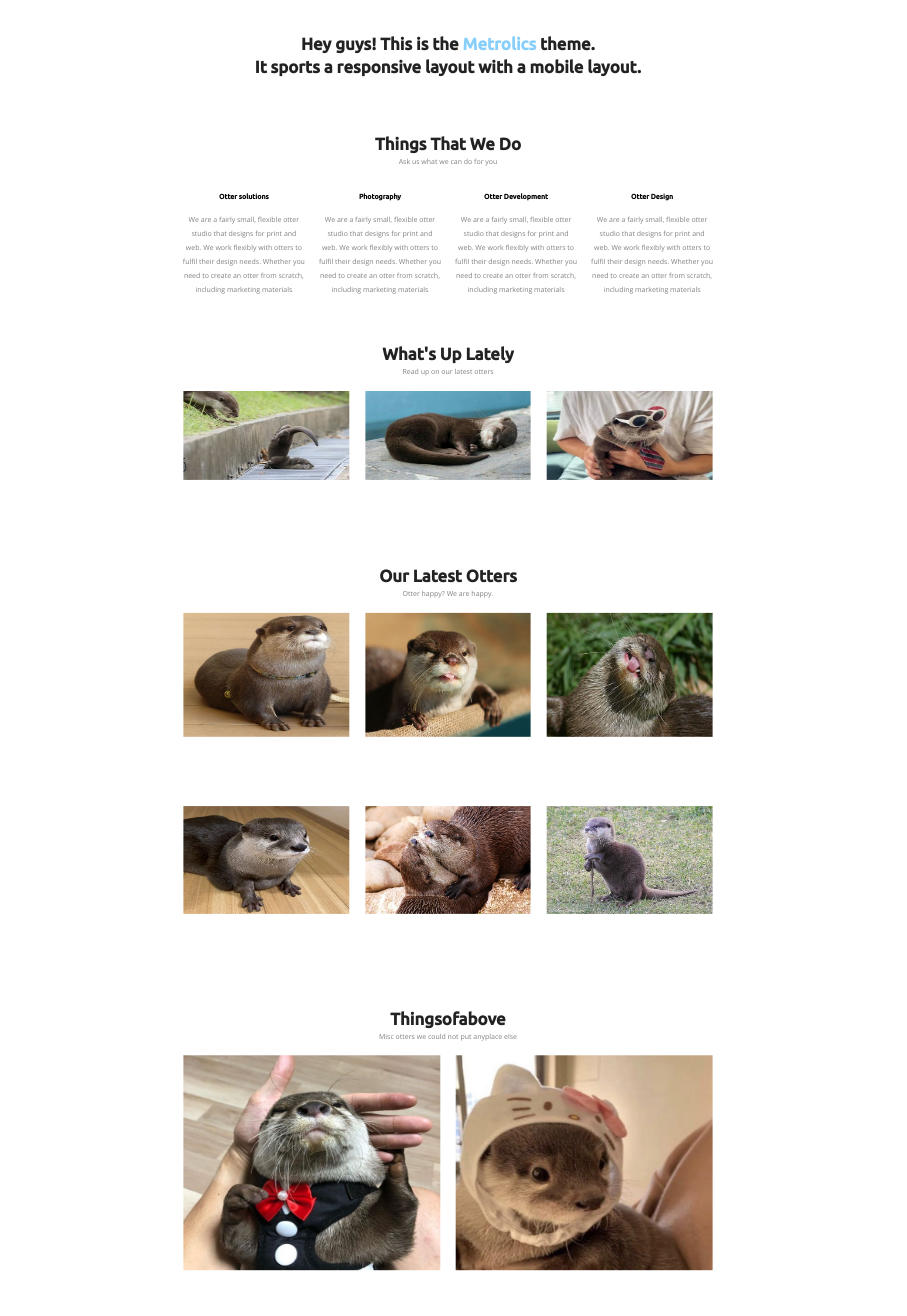
Repository: kennyharman/Marlowe_Kenny_Lab_02B
Page: index.html
These files come from the project's save history. The page is drawn as it stood at one moment and after the next save; the edit follows.
The browser window is 1280 px wide. The page is 1296 px wide, so the pictures cover 1296 px, including what lies to the right of the window. The pictures show the part of the page from y = 472 to 2352 px (the page is 2774 px tall), at 70% of full size.

Above is the page before, as saved 2024-02-08 19:02:44.

### index.html
<!doctype html>
<html class="no-js" lang="EN">

<head>
  <meta charset="utf-8">
  <meta name="viewport" content="width=device-width, initial-scale=1">
  <title></title>
  <link rel="stylesheet" href="css/style.css">
  <link href="https://fonts.googleapis.com/css2?family=Open+Sans:ital,wght@0,400;0,700;1,400&family=Ubuntu:ital,wght@0,300;0,500;1,300&display=swap" rel="stylesheet">
  <meta name="description" content="">

  <meta property="og:title" content="Metrolics page">
  <meta property="og:type" content="website">
  <meta property="og:url" content="http://localhost:8888/metrolics/">

  <link rel="icon" href="/favicon.ico" sizes="any">
  <link rel="icon" href="/icon.svg" type="image/svg+xml">
  <link rel="apple-touch-icon" href="icon.png">

  <link rel="manifest" href="site.webmanifest">
  <meta name="theme-color" content="#fafafa">
</head>

<body class="page">
  <script src="js/app.js"></script>

<header class="page__header">
  <div class="row m-col-2 l-col-2 menu">
    <div class="col header__menu-logo">
      <h1>Metrolics</h1>
    </div>
    <div class="col header__menu-nav">
      Home
      Pages
      Blog
      Portfolio
      Home
    </div>
</header>

<main>
  <div class="page__banner">
    <div class="col banner-header">
      <img src="images/pink_otter.jpg">
      <ul class="listed-items">
        <li>Metro Style</li>
        <li>Retina Ready</li>
        <li>Responsive Design</li>
      </ul>
    </div>
  </div>
  <div class="page__section">
    <div class="row header">
      <div class="col header-text">
        <h2>Hey guys! This is the <span class="text__color-change">Metrolics</span> theme.<br/>It sports a responsive layout with a mobile layout.</h2>
      </div>
    </div>
  </div>

  <div class="section-services">
    <div class="row m-col-2 l-col-4">
      <div class="col m-row-span l-row-span heading">
        <h3>Things That We Do</h3>
        <p>Ask us what we can do for you</p>
      </div>
      <div class="col services-card">
        <h4>Otter solutions</h4>
        We are a fairly small, flexible otter studio that designs for print and web. We work flexibly with otters to fulfil their design needs. Whether you need to create an otter from scratch, including marketing materials
      </div>
      <div class="col services-card">
        <h4>Photography</h4>
        We are a fairly small, flexible otter studio that designs for print and web. We work flexibly with otters to fulfil their design needs. Whether you need to create an otter from scratch, including marketing materials
      </div>
      <div class="col services-card">
        <h4>Otter Development</h4>
        We are a fairly small, flexible otter studio that designs for print and web. We work flexibly with otters to fulfil their design needs. Whether you need to create an otter from scratch, including marketing materials
      </div>
      <div class="col services-card">
        <h4>Otter Design</h4>
        We are a fairly small, flexible otter studio that designs for print and web. We work flexibly with otters to fulfil their design needs. Whether you need to create an otter from scratch, including marketing materials
      </div>
    </div>
  </div>
    </div>
  </div>

  <div class="section-work">
    <div class="row m-col-2 l-col-3">
      <div class="col m-row-span l-row-span heading">
        <h3>What's Up Lately</h3>
        <p>Read up on our latest otters</p>
      </div>
      <div class="col m-row-span image">
        <img src="images/otter7.jpg" alt="Otter Fall">
      </div>
      <div class="col image">
        <img src="images/otter8.jpg" alt="Sleepy Otter">
      </div>
      <div class="col image">
        <img src="images/otter9.jpg" alt="Madi the Otter">
      </div>
    </div>
  </div>

  <div class="section-projects">
    <div class="row m-col-2 l-col-3">
      <div class="col m-row-span l-row-span heading">
        <h3>Our Latest Otters</h3>
        <p>Otter happy? We are happy.</p>
      </div>
      <div class="col image">
        <img src="images/otter1.jpg" alt="Curious Otter">
      </div>
      <div class="col image">
        <img src="images/otter2.jpg" alt="Teasing Otter">
      </div>
      <div class="col image">
        <img src="images/otter3.jpg" alt="Otter Playing Dead">
      </div>
      <div class="col image">
        <img src="images/otter4.jpg" alt="Pondering Otter">
      </div>
      <div class="col image">
        <img src="images/otter5.jpg" alt="Loving Otters">
      </div>
      <div class="col image">
        <img src="images/otter6.jpg" alt="Wise Otter">
      </div>
    </div>
  </div>

  <div class="section-misc">
    <div class="row l-col-2">
      <div class="col l-row-span heading">
        <h3>Thingsofabove</h3>
        <p>Misc otters we could not put anyplace else</p>
      </div>
      <div class="col misc-content">
        <img src="images/otter10.jpg" alt="Snazzy Otter">
      </div>
      <div class="col misc-content">
        <img src="images/otter11.jpg" alt="Hello Kitty Otter">
      </div>
    </div>
  </div>

  <div class="section-affiliates">
    <div class="row m-col-5 l-col-5">
      <div class="col affiliates-card">
        <img src="images/otter12.jpg" alt="Otter Hug">
      </div>
      <div class="col affiliates-card">
        <img src="images/otter13.jpg" alt="Otter Stretch">
      </div>
      <div class="col affiliates-card">
        <img src="images/otter14.jpg" alt="Surprised Otter">
      </div>
      <div class="col affiliates-card">
        <img src="images/otter15.jpg" alt="Otter Bath">
      </div>
      <div class="col affiliates-card">
        <img src="images/otter16.jpg" alt="Otter Bear">
      </div>
    </div>
  </div>
</main>
<footer class="page__footer">
  <div class="row m-col-2 l-col-4 footer">
    <div class="col m-row-span l-row-span footer-heading">
      <h3>Peewee Herman</h3>
      <p>Peewee has over 10 years experience in the industry. He is our Creative Director, digital designer, web designer and front-end developer. He is also pretty good with a sketchbook. Before starting the company Peewee worked as a designer and studio manager for a design house who boasted a number of big name clients.</p>
    </div>
    <div class="col footer-item">
      <h3>About Us</h3>
    </div>
    <div class="col footer-item">
      <h3>Flickr Photos</h3>
    </div>
    <div class="col footer-item">
      <h3>Recent Tweets</h3>
    </div>
    <div class="col footer-item">
      <h3>Newsletter</h3>
    </div>
  </div>
</footer>
</body>

### css/style.css
/*! HTML5 Boilerplate v9.0.0-RC1 | MIT License | https://html5boilerplate.com/ */

/* main.css 3.0.0 | MIT License | https://github.com/h5bp/main.css#readme */
/*
 * What follows is the result of much research on cross-browser styling.
 * Credit left inline and big thanks to Nicolas Gallagher, Jonathan Neal,
 * Kroc Camen, and the H5BP dev community and team.
 */

/* ==========================================================================
   Base styles: opinionated defaults
   ========================================================================== */

html {
  color: #222;
  font-size: 1em;
  line-height: 1.4;
  margin-left: -1rem;
  margin-right: -1rem;
}

/*
 * Remove text-shadow in selection highlight:
 * https://twitter.com/miketaylr/status/12228805301
 *
 * Customize the background color to match your design.
 */

::-moz-selection {
  background: #b3d4fc;
  text-shadow: none;
}

::selection {
  background: #b3d4fc;
  text-shadow: none;
}

/*
 * A better looking default horizontal rule
 */

hr {
  display: block;
  height: 1px;
  border: 0;
  border-top: 1px solid #ccc;
  margin: 1em 0;
  padding: 0;
}

/*
 * Remove the gap between audio, canvas, iframes,
 * images, videos and the bottom of their containers:
 * https://github.com/h5bp/html5-boilerplate/issues/440
 */

audio,
canvas,
iframe,
img,
svg,
video {
  vertical-align: middle;
}

/*
 * Remove default fieldset styles.
 */

fieldset {
  border: 0;
  margin: 0;
  padding: 0;
}

/*
 * Allow only vertical resizing of textareas.
 */

textarea {
  resize: vertical;
}

/* ==========================================================================
   Author's custom styles
   ========================================================================== */

/* ==========================================================================
   Helper classes
   ========================================================================== */

/*
 * Hide visually and from screen readers
 */

.hidden,
[hidden] {
  display: none !important;
}

/*
 * Hide only visually, but have it available for screen readers:
 * https://snook.ca/archives/html_and_css/hiding-content-for-accessibility
 *
 * 1. For long content, line feeds are not interpreted as spaces and small width
 *    causes content to wrap 1 word per line:
 *    https://medium.com/@jessebeach/beware-smushed-off-screen-accessible-text-5952a4c2cbfe
 */

.visually-hidden {
  border: 0;
  clip: rect(0, 0, 0, 0);
  height: 1px;
  margin: -1px;
  overflow: hidden;
  padding: 0;
  position: absolute;
  white-space: nowrap;
  width: 1px;
  /* 1 */
}

/*
 * Extends the .visually-hidden class to allow the element
 * to be focusable when navigated to via the keyboard:
 * https://www.drupal.org/node/897638
 */

.visually-hidden.focusable:active,
.visually-hidden.focusable:focus {
  clip: auto;
  height: auto;
  margin: 0;
  overflow: visible;
  position: static;
  white-space: inherit;
  width: auto;
}

/*
 * Hide visually and from screen readers, but maintain layout
 */

.invisible {
  visibility: hidden;
}

/*
 * Clearfix: contain floats
 *
 * The use of `table` rather than `block` is only necessary if using
 * `::before` to contain the top-margins of child elements.
 */

.clearfix::before,
.clearfix::after {
  content: "";
  display: table;
}

.clearfix::after {
  clear: both;
}

/* ==========================================================================
   EXAMPLE Media Queries for Responsive Design.
   These examples override the primary ('mobile first') styles.
   Modify as content requires.
   ========================================================================== */

@media only screen and (min-width: 35em) {
  /* Style adjustments for viewports that meet the condition */
}

@media print,
  (-webkit-min-device-pixel-ratio: 1.25),
  (min-resolution: 1.25dppx),
  (min-resolution: 120dpi) {
  /* Style adjustments for high resolution devices */
}

/* ==========================================================================
   Print styles.
   Inlined to avoid the additional HTTP request:
   https://www.phpied.com/delay-loading-your-print-css/
   ========================================================================== */

@media print {
  *,
  *::before,
  *::after {
    background: #fff !important;
    color: #000 !important;
    /* Black prints faster */
    box-shadow: none !important;
    text-shadow: none !important;
  }

  a,
  a:visited {
    text-decoration: underline;
  }

  a[href]::after {
    content: " (" attr(href) ")";
  }

  abbr[title]::after {
    content: " (" attr(title) ")";
  }

  /*
   * Don't show links that are fragment identifiers,
   * or use the `javascript:` pseudo protocol
   */
  a[href^="#"]::after,
  a[href^="javascript:"]::after {
    content: "";
  }

  pre {
    white-space: pre-wrap !important;
  }

  pre,
  blockquote {
    border: 1px solid #999;
    page-break-inside: avoid;
  }

  tr,
  img {
    page-break-inside: avoid;
  }

  p,
  h2,
  h3 {
    orphans: 3;
    widows: 3;
  }

  h2,
  h3 {
    page-break-after: avoid;
  }
}

/* Our Styling */

h1,
h2,
h3,
h4,
h5,
h6 {
    font-family: 'Ubuntu', sans-serif;
}

p {
    font-family: 'Open Sans', sans-serif;
}

.row {
  display: grid;
  margin-top: 2rem;
}
.col {
  position: relative;
}

.page__header,
.banner-header,
.page__section,
.section-services,
.section-work,
.section-projects,
.section-misc,
.section-affiliates,
.footer {
  margin: auto;
  width: 60%;
}

.heading {
  display: flex;
  flex-direction: column;
  align-items: center;
  padding: 0 auto;
}

.heading > h3 {
  margin-bottom: 0;
  font-size: 24px;
}

.heading > p {
  margin-top: 0;
  font-size: 10px;
  color: grey;
}

.header-text {
  text-align: center;
}

.text__color-change {
  color: lightskyblue;
}

.listed-items {
  position: absolute;
  top: 5rem;
  left: 5rem;
  list-style-type: none;
}

.listed-items > li {
  background-color: white;
  margin-top: 2px;
  padding-top: 0.5rem;
  padding-bottom: 0.5rem;
  font-family: 'Ubuntu', sans-serif;
}

.listed-items li:nth-child(1) {
  border-left: solid 5px blue;
  padding-left: 1rem;
  padding-right: 1rem;
  width: fit-content;
}

.listed-items li:nth-child(2) {
  border-left: solid 5px red;
  padding-left: 1rem;
  padding-right: 1rem;
  width: fit-content;
}

.listed-items li:nth-child(3) {
  border-left: solid 5px yellow;
  padding-left: 1rem;
  padding-right: 1rem;
  width: fit-content;
}

.banner-header {
  position: relative;
}

.services-card {
  text-align: center;
  font-size: 10px;
  padding: 10px;
  color: grey;
  font-family: 'Open Sans', sans-serif;
  line-height: 20px;
}

.services-card > h4 {
  color: black;
}

.image {
  padding: 0.7rem;
  image: 100%;
}

.image > img {
  width: 100%;
  height: 70%;
}

.misc-content {
  margin-top: 1.5rem;
  margin: 0.7rem;
  margin-bottom: -2rem;
}

.misc-content > img {
  width: 100%;
  height: 85%;
}

.affiliates-card {
  margin: 0.7rem;
  margin-bottom: 3rem;
}

.affiliates-card > img {
  width: 100%;
  height: 85%;;
}

.banner-header {
  justify-content: center;
}

.banner-header > img {
  width: 100%;
  max-height: 70%;
}

.page__banner {
  background-color: lightgray;
}

.page__footer {
  background-color: rgb(10, 10, 56);
  color: white;
}

/* Small only */
@media screen and (max-width: 39.9375em) {
  .page__header,
.banner-header,
.page__section,
.section-services,
.section-work,
.section-projects,
.section-misc,
.section-affiliates,
.footer {
  margin: auto;
  width: 20rem;
}

.header {
  margin: -5px;
}
  .header__menu-nav {
    display: none;
  }
  .page__banner {
    display: none;
  }
  .image {
    border: solid;
    margin-top: 5rem;
    height: 100%;
  }
  .affiliates {
    display: none;
  }
  .misc {
    display: none;
  }
  .services-card {
    text-align: left;
    font-size: 12px;
    padding: 0px;
    color: grey;
    font-family: 'Open Sans', sans-serif;
    line-height: 15px;
    padding-top: 20px;
  }
  .services-card > h4 {
    line-height: 0px;
  }
}

/* Medium only */
@media screen and (min-width: 40em) and
(max-width: 63.9375em) {
  .row {
    max-width: 70rem;
    column-gap: 1.5rem;
    row-gap: 1.5rem;
    margin: 0 auto;
  }
  .m-col-2 {
    grid-template-columns: 1fr 1fr;
  }
  .m-col-3 {
    grid-template-columns: repeat(3, 1fr);
  }
  .m-col-4 {
    grid-template-columns: repeat(4, 1fr);
  }
  .m-col-5 {
    grid-template-columns: repeat(5, 1fr);
  }

  .m-row-span {
    grid-column-start: 1;
    grid-column-end: -1;
  }
}

/* Large only */
@media screen and (min-width: 64em) {
  .l-col-2 {
    grid-template-columns: 1fr 1fr;
  }
  .l-col-3 {
    grid-template-columns: repeat(3, 1fr);
  }
  .l-col-4 {
    grid-template-columns: repeat(4, 1fr);
  }
  .l-col-5 {
    grid-template-columns: repeat(5, 1fr);
  }

  .l-row-span {
    grid-column-start: 1;
    grid-column-end: -1;
  }
}

Loaded but not shown: js/app.js (no stored copy; drawn as an empty file)

After the next save:
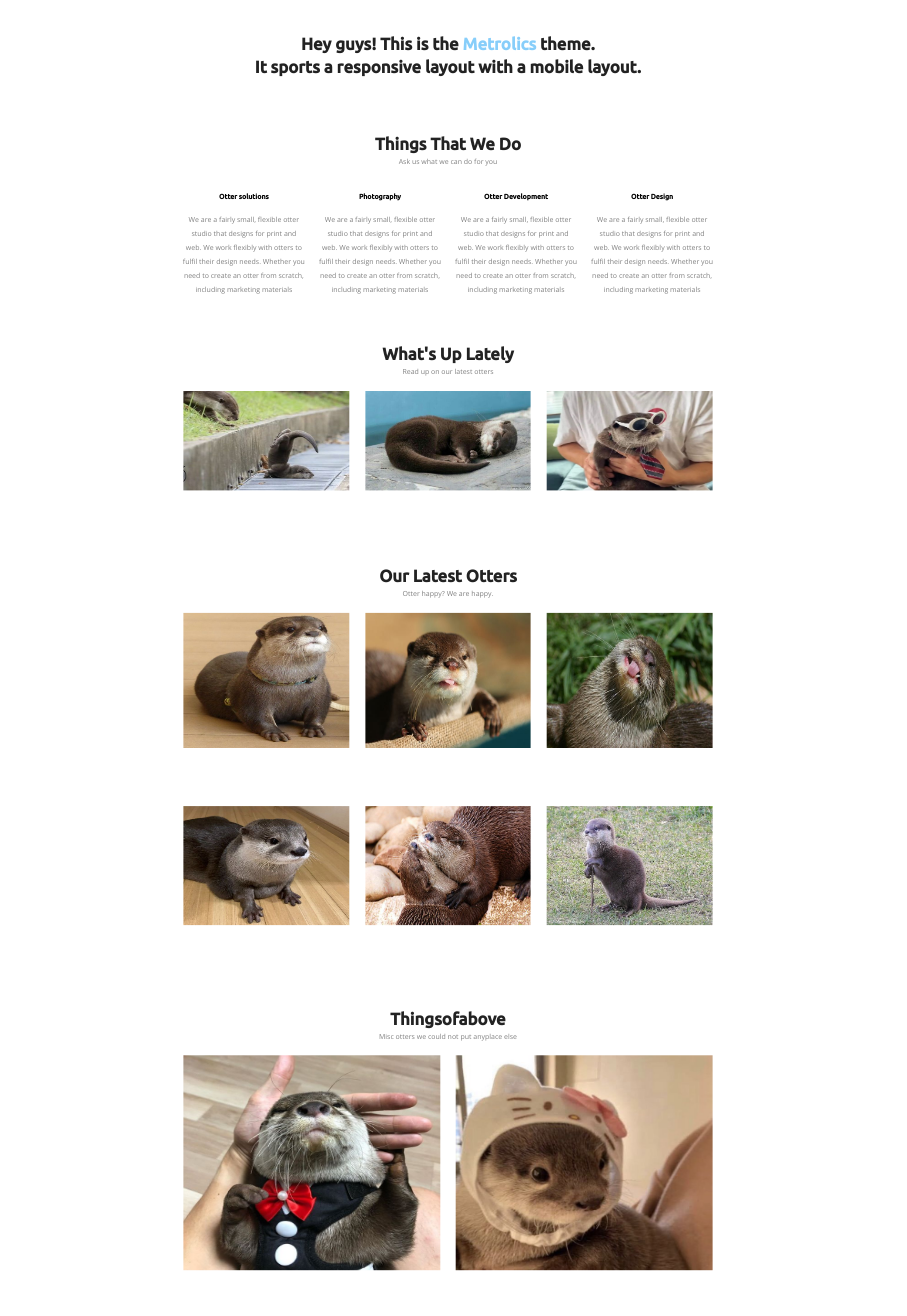
Saved 4 s later.
--- a/css/style.css
+++ b/css/style.css
@@ -364,7 +364,7 @@ p {
 
 .image {
   padding: 0.7rem;
-  image: 100%;
+  height: 100%;
 }
 
 .image > img {
